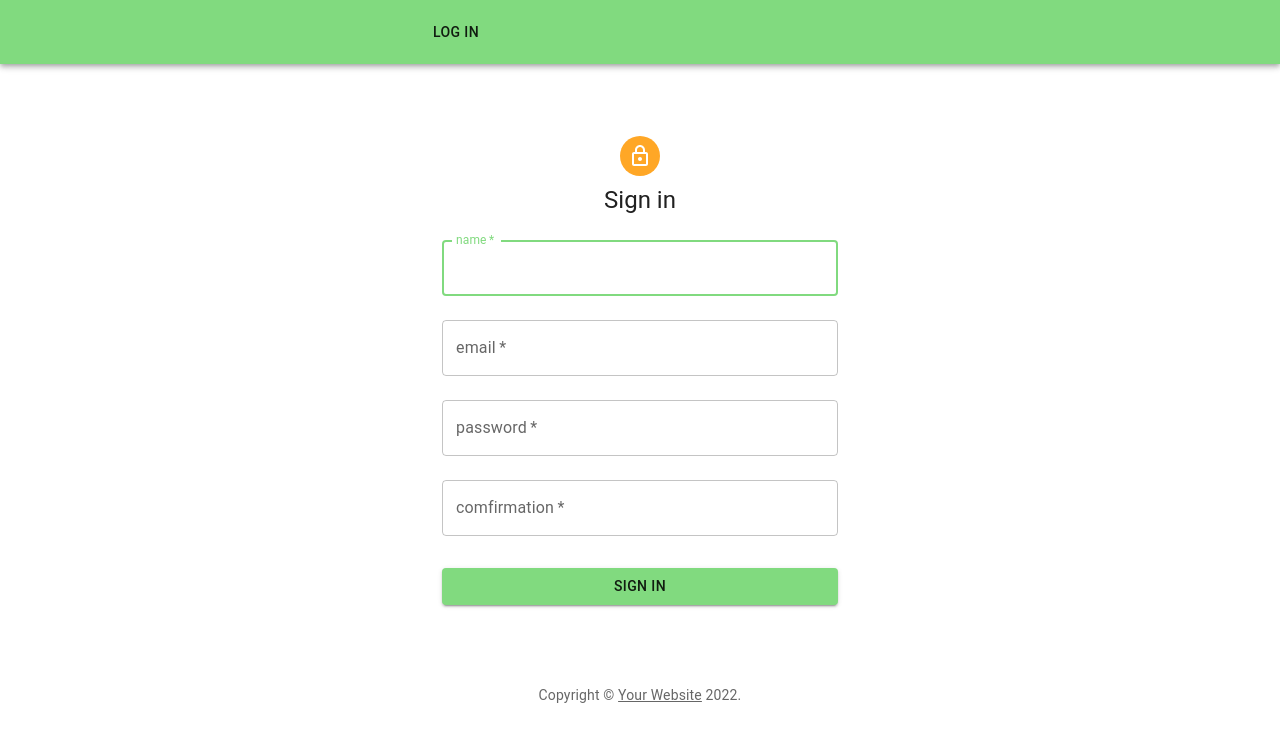
Repository: motohiro0410/motsufood
Page: /signin (app in frontend/)
These files come from the project's save history. The page is drawn as it stood at one moment and after the next save; the edit follows.
The browser window is 1280 px wide. The pictures show the whole page.
The project was rebuilt for these pictures with package versions that can differ from the ones it lists, and the page was loaded fresh each time. Also part of the build but not shown: frontend/src/components/pages/Login.tsx, frontend/src/components/organisms/Footer.tsx, frontend/src/components/organisms/MainHeader.tsx, frontend/src/components/organisms/UserDetailModal.tsx, frontend/src/apis/useCreateCount.ts, frontend/src/components/pages/Count.tsx, frontend/src/components/pages/Money.tsx, frontend/src/components/organisms/GroupHeader.tsx and 8 more.

Above is the page before, as saved 2022-08-21 23:28:24.

After the next save:
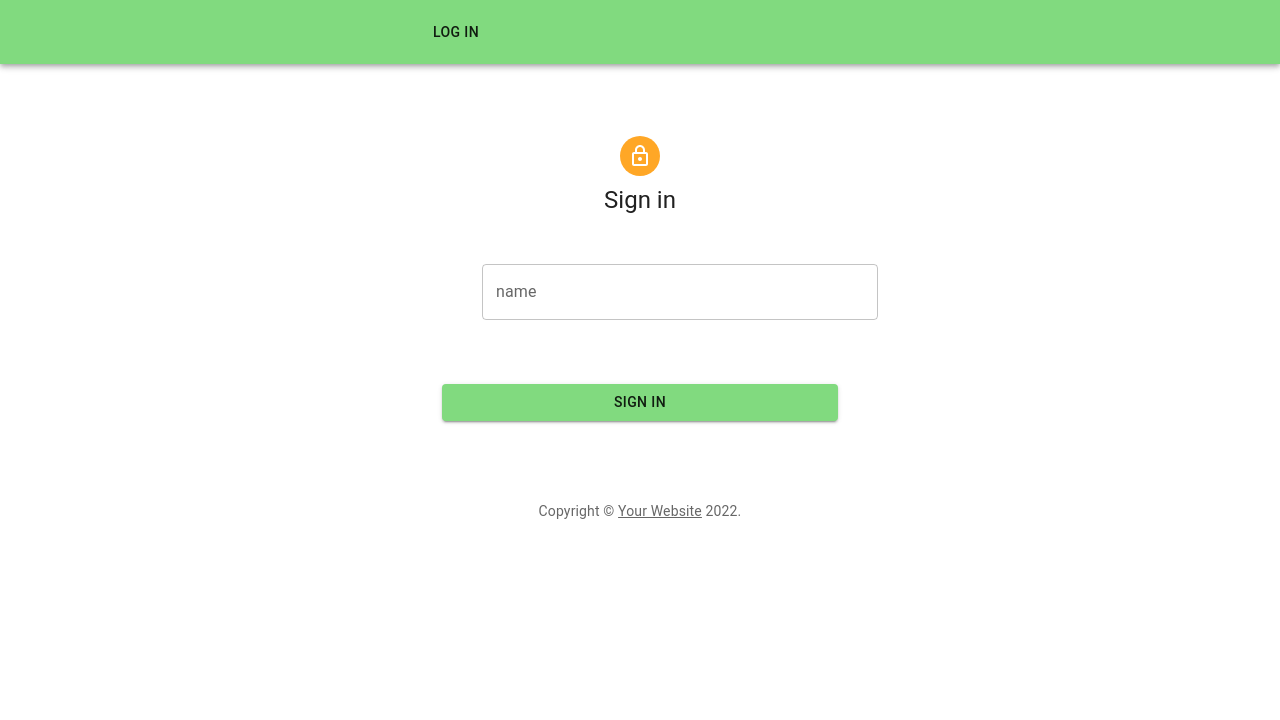
Saved 12 min 29 s later.
--- a/frontend/src/components/pages/SignIn.tsx
+++ b/frontend/src/components/pages/SignIn.tsx
@@ -9,6 +9,10 @@ import Link from '@mui/material/Link';
 import LockOutlinedIcon from '@mui/icons-material/LockOutlined';
 import Typography from '@mui/material/Typography';
 import Container from '@mui/material/Container';
+import InputLabel from '@mui/material/InputLabel';
+import FormControl from '@mui/material/FormControl';
+import OutlinedInput from '@mui/material/OutlinedInput';
+import InputAdornment from '@mui/material/InputAdornment';
 
 import { SignInHeader } from '../organisms/SignInHeader';
 import { useCreateUser } from '../../apis/useCreateUser';
@@ -53,7 +57,7 @@ export const SignIn = () => {
               Sign in
             </Typography>
             <Box component="form" onSubmit={handleSubmit} noValidate sx={{ mt: 1 }}>
-              <TextField
+              {/* <TextField
                 margin="normal"
                 required
                 fullWidth
@@ -62,36 +66,17 @@ export const SignIn = () => {
                 name="name"
                 autoComplete="name"
                 autoFocus
-              />
-              <TextField
-                margin="normal"
-                required
-                fullWidth
-                name="email"
-                label="email"
-                type="email"
-                id="email"
-                autoComplete="email"
-              />
-                <TextField
-                margin="normal"
-                required
-                fullWidth
-                id="password"
-                label="password"
-                name="password"
-                autoComplete="password"
-              />
-              <TextField
-                margin="normal"
-                required
-                fullWidth
-                name="comfirmation"
-                label="comfirmation"
-                type="comfirmation"
-                id="comfirmation"
-                autoComplete="comfirmation"
-              />
+              /> */}
+              <FormControl fullWidth sx={{ m: 5 }}>
+                <InputLabel htmlFor="outlined-adornment-amount">name</InputLabel>
+                <OutlinedInput
+                  id="outlined-adornment-amount"
+                  label="name"
+                  // value={}
+                  // onChange={}
+                  type="string"
+                />
+              </FormControl>
               <Button
                 type="submit"
                 fullWidth
